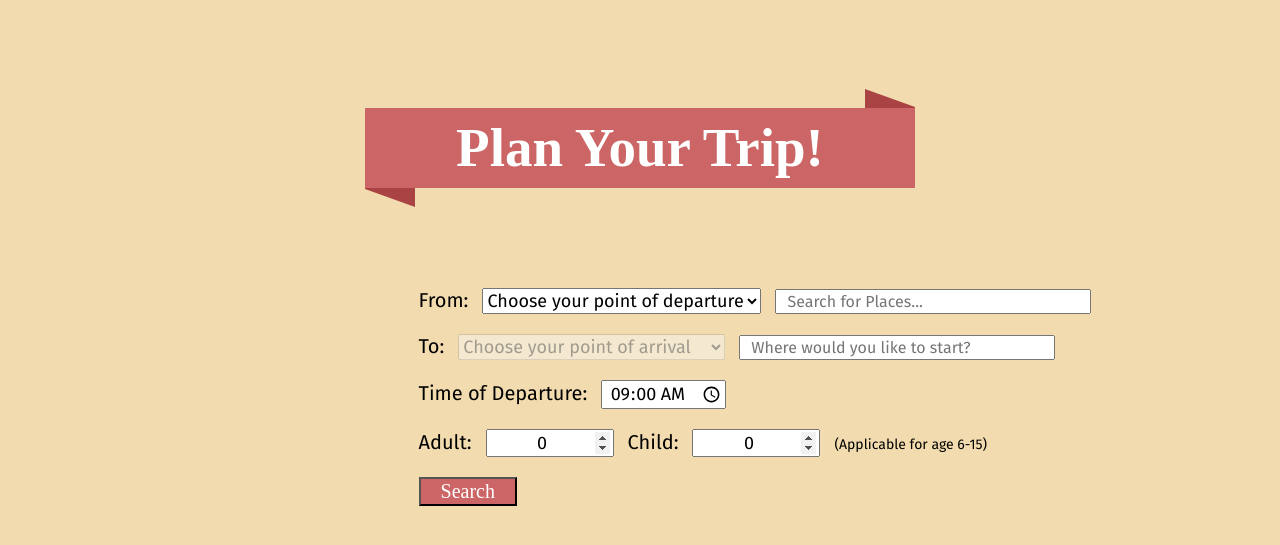
Repository: bbh0607/bae_dNation
Page: public/index.html
The author's editor kept a copy of each file at every save. The page is drawn from the files as they stood at one save, then again after the next save.
The browser window is 1280 px wide. The pictures show the whole page.
Some web fonts or font styles are not loaded; a fallback is used.

Above is the page before, as saved 2020-02-01 15:34:19.

After the next save:
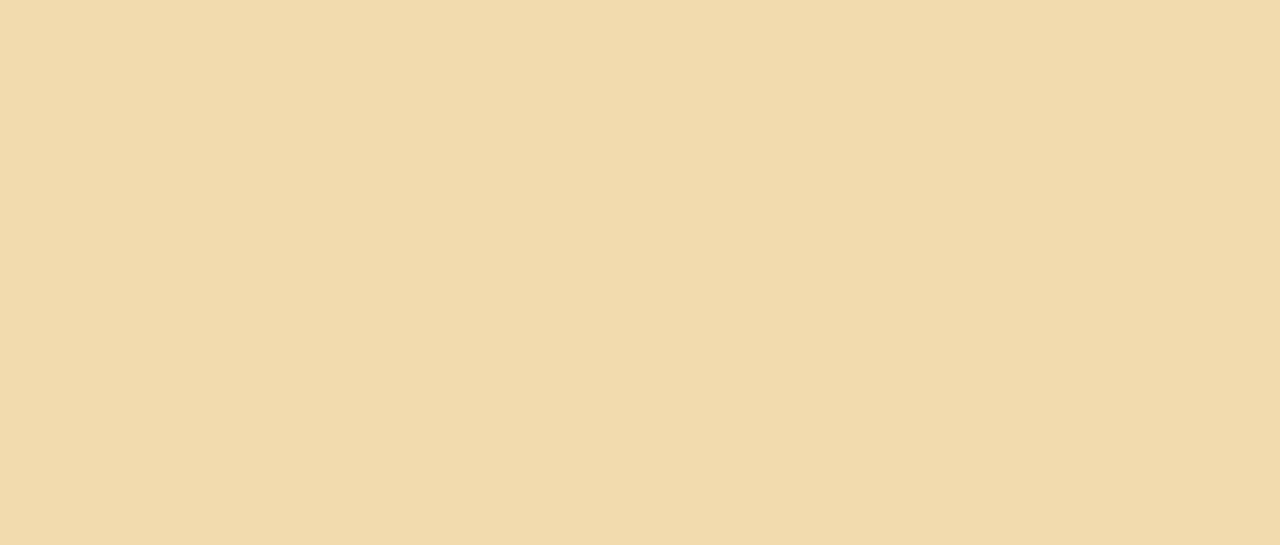
Saved 2 min 38 s later.
--- a/public/index.html
+++ b/public/index.html
@@ -4,6 +4,8 @@
     <meta charset="UTF-8" />
     <link rel="stylesheet" type="text/css" href="./css/style.css" />
     <link rel="stylesheet" href="https://fonts.googleapis.com/css?family=Fira+Sans">
+    <link rel="stylesheet" href="https://cdnjs.cloudflare.com/ajax/libs/font-awesome/4.7.0/css/font-awesome.min.css">
+    <style>
     <script src="js/script.js"></script>
     <title>My Website</title>
   </head>

After the save that followed:
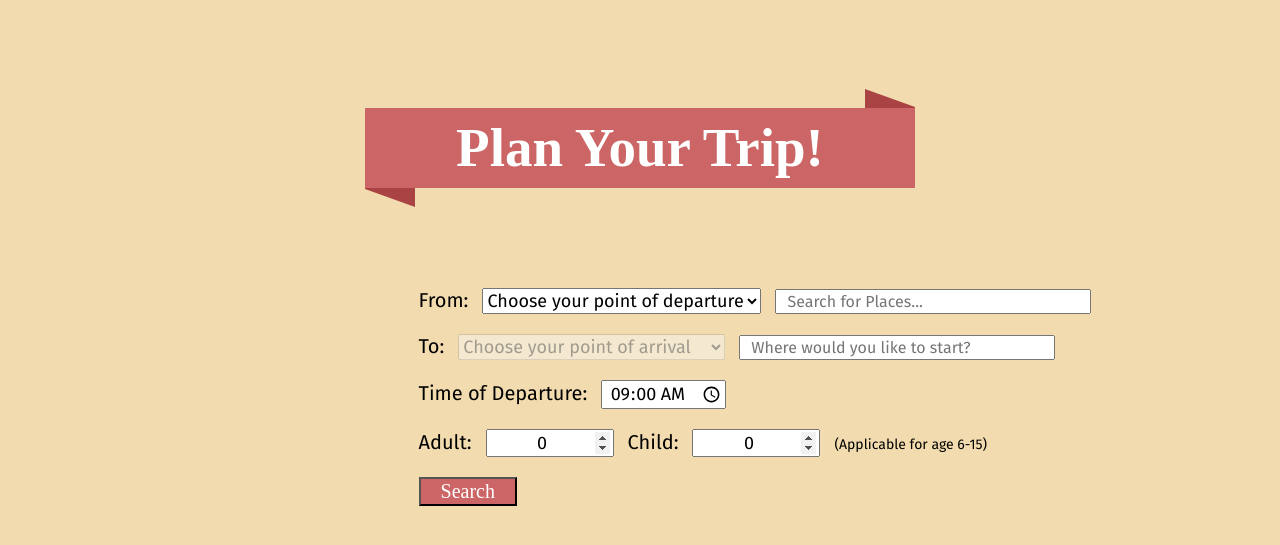
Saved 9 s later.
--- a/public/index.html
+++ b/public/index.html
@@ -5,7 +5,6 @@
     <link rel="stylesheet" type="text/css" href="./css/style.css" />
     <link rel="stylesheet" href="https://fonts.googleapis.com/css?family=Fira+Sans">
     <link rel="stylesheet" href="https://cdnjs.cloudflare.com/ajax/libs/font-awesome/4.7.0/css/font-awesome.min.css">
-    <style>
     <script src="js/script.js"></script>
     <title>My Website</title>
   </head>
